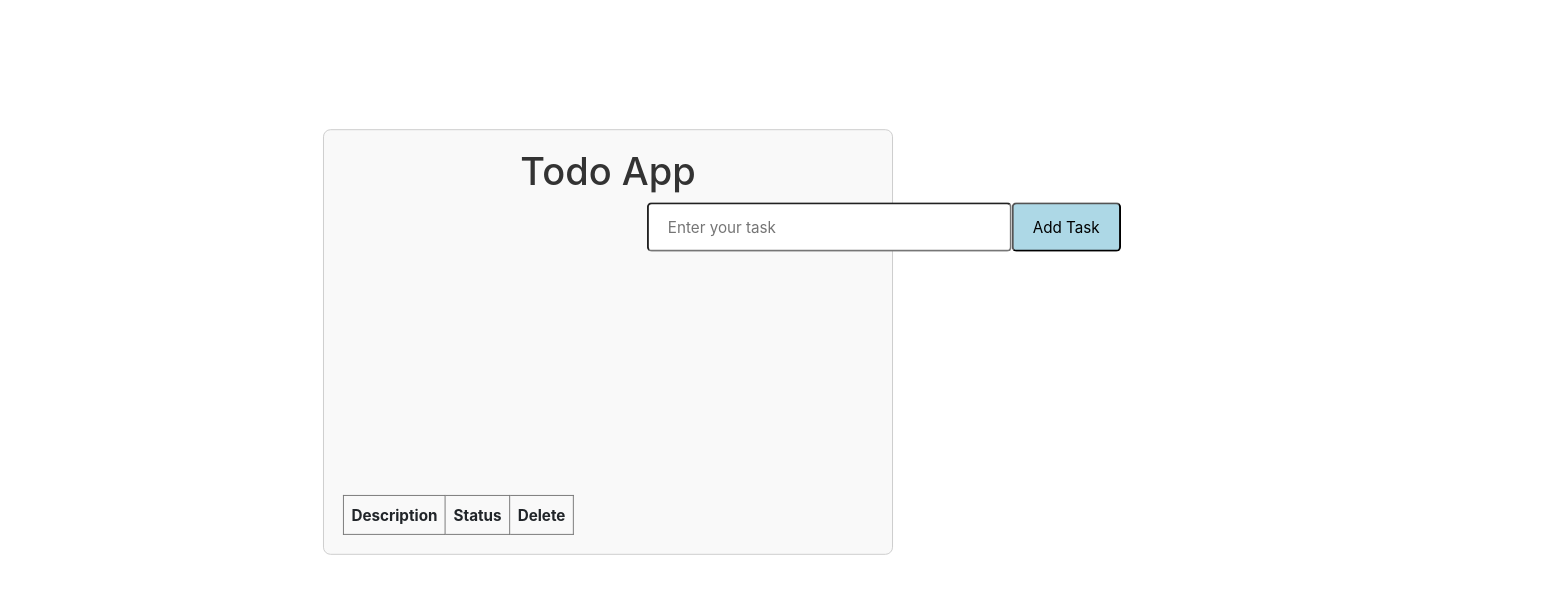
Repository: 12Arc/todoapp
Page: / (app in client/)
The author's editor kept a copy of each file at every save. The page is drawn from the files as they stood at one save, then again after the next save.
The browser window is 1280 px wide. The page is 1641 px wide, then 1280 px, so the pictures cover 1641 px, including what lies to the right of the window. The pictures show the whole page, at 95% of full size.
The page's requests for data from a server got no answer. Some web libraries are served in a nearby version. The project was rebuilt for these pictures with package versions that can differ from the ones it lists, and the page was loaded fresh each time. No one was signed in, and anything a server would have sent is missing.

Above is the page before, as saved 2024-05-14 00:27:54.

After the next save:
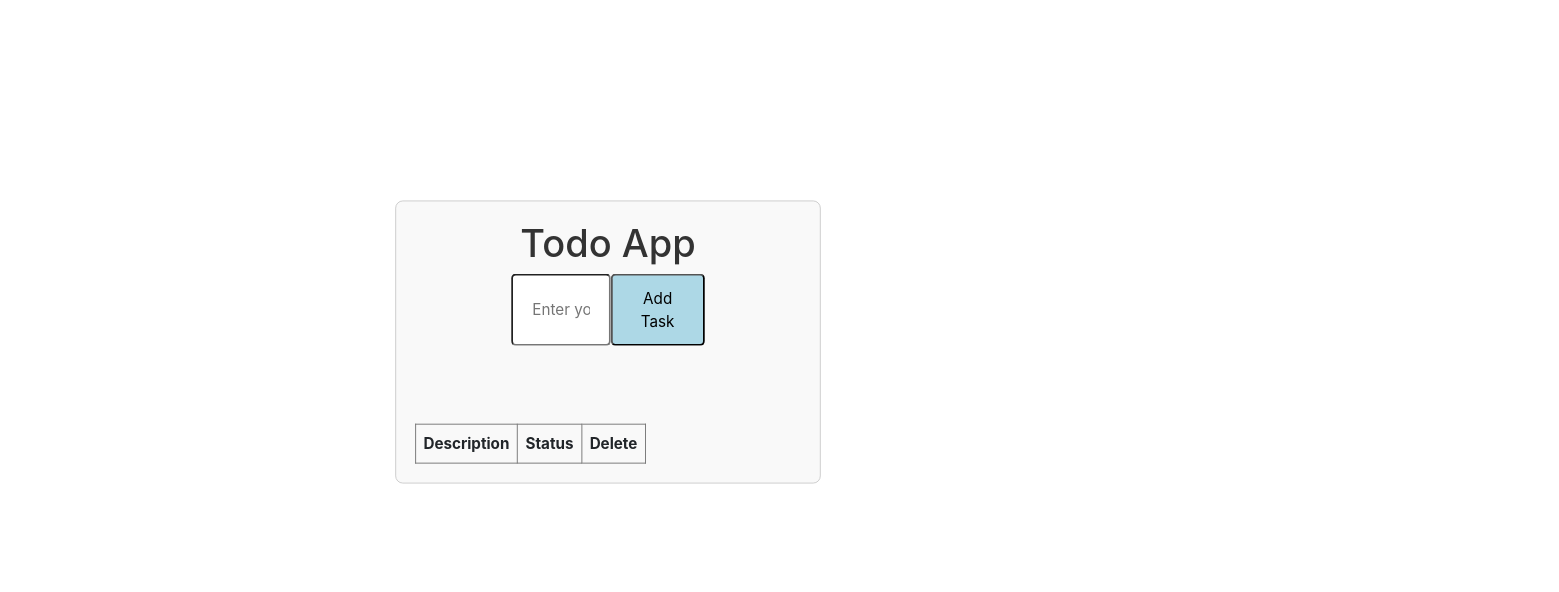
Saved 10 s later.
--- a/client/src/styles.css
+++ b/client/src/styles.css
@@ -4,7 +4,7 @@
   align-items: center; /* Vertically center the content */
   justify-content: center; /* Horizontally center the content */
 
-  width: 100vw; /* Full viewport width */
+
   flex-direction: column;
 
 }
